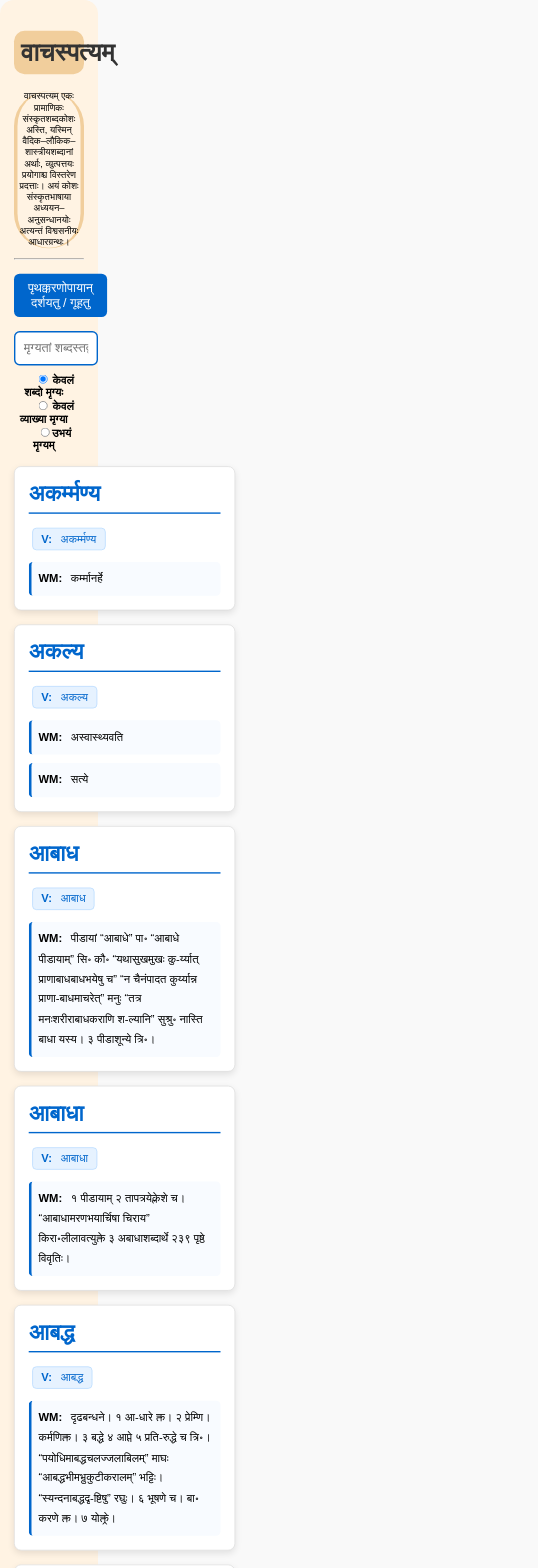
Repository: sanskritsphere/vachaspatyam-demo
Page: index.html
The author's editor kept a copy of each file at every save. The page is drawn from the files as they stood at one save, then again after the next save.
The browser window is 768 px wide. The pictures show the part of the page from y = 0 to 2240 px (the page is 4891 px tall before and 3404 px after), at 70% of full size.

Above is the page before, as saved 2025-12-14 13:03:20.

After the next save:
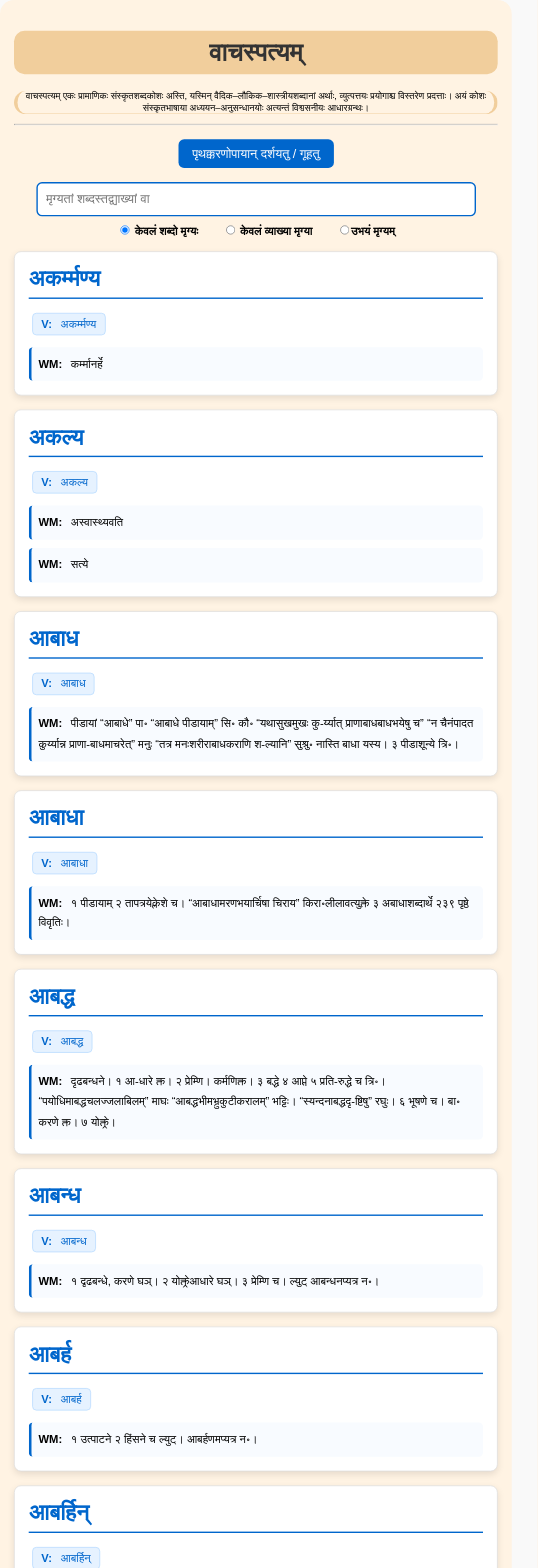
Saved 6 min 11 s later.
--- a/style.css
+++ b/style.css
@@ -175,16 +175,21 @@
         @media (max-width: 768px) {
             .filters {
                 grid-template-columns: 1fr;
+            width: 92%;
             }
             .tag-visibility, .tag-filters {
                 grid-template-columns: 1fr;
+            width: 92%;
             }
             #search {
                 width: 92%;
             }
             .container{
                 margin: 0%;
-                width: 100px;
-                max-width: 100%;
+                width: 100%;
+                max-width: 90%;
+            }
+           .container select{
+           max-width: 300px;
             }
         }
